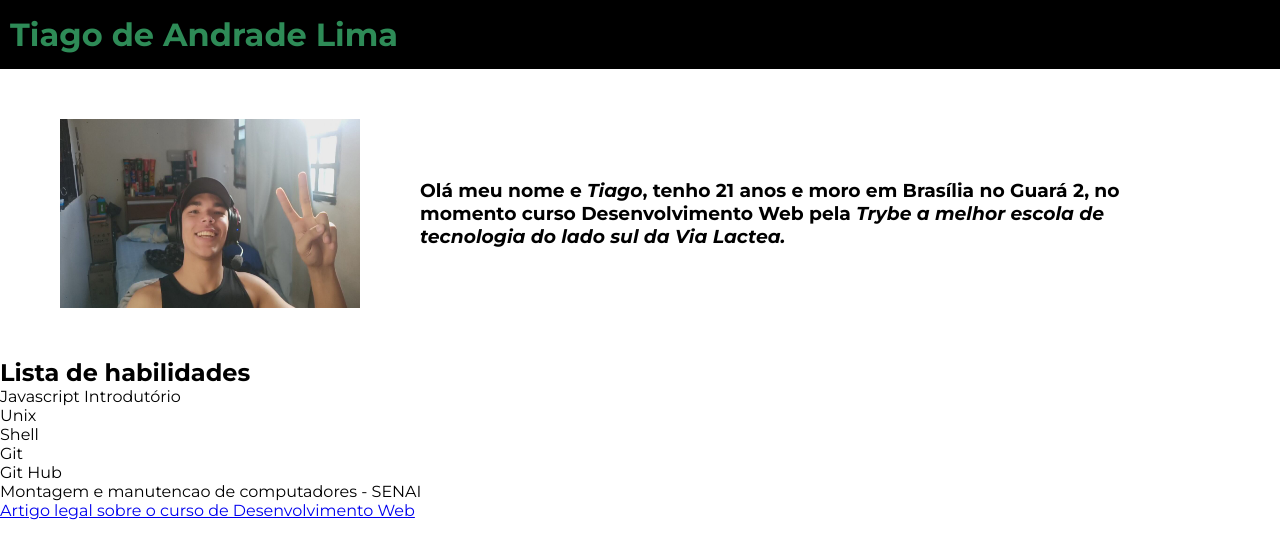
Repository: Batatiago/Batatiago.github.io
Page: index.html
These files come from the project's save history. The page is drawn as it stood at one moment and after the next save; the edit follows.
The browser window is 1280 px wide. The pictures show the whole page.

Above is the page before, as saved 2023-06-29 11:23:58.

### index.html
<!DOCTYPE html>
<html lang="pt-br">

<head>
  <meta charset="UTF-8">
  <title>Tiago de Andrade Lima</title>
  <link rel="preconnect" href="https://fonts.googleapis.com">
  <link rel="preconnect" href="https://fonts.gstatic.com" crossorigin>
  <link
    href="https://fonts.googleapis.com/css2?family=Montserrat:ital,wght@0,100;0,200;0,300;0,400;0,500;0,600;0,700;0,800;0,900;1,100;1,200;1,300;1,400;1,500;1,600;1,700;1,800;1,900&display=swap"
    rel="stylesheet">
  <link rel="stylesheet" href="style.css">
</head>

<body>
  <div class="header-container">
    <div class="header">
      <h1 class="meuNome"> Tiago de Andrade Lima</h1>
    </div>
  </div>
  <div class="resumo">
    <img id="foto" src="2023-06-23-160707.jpg" alt="Imagem de Tiago" width="300px">
    <h3 class="descricao">Olá meu nome e <strong><em>Tiago</em></strong>, tenho 21 anos e moro em Brasília no Guará 2, no
      momento curso Desenvolvimento
      Web pela <strong><em>Trybe a melhor escola de tecnologia do lado sul da Via Lactea.</em></strong></h3>
  </div>
  <div>
    <h2>Lista de habilidades</h2>
    <ul>
      <li class="javascript">Javascript Introdutório</li>
      <li class="unix">Unix</li>
      <li class="shell">Shell</li>
      <li class="git">Git</li>
      <li class="gitHub">Git Hub</li>
      <li>Montagem e manutencao de computadores - SENAI</li>
    </ul>
  </div>
  <a href="https://blog.betrybe.com/carreira/frontend/" target="_blank">Artigo legal sobre o curso de Desenvolvimento
    Web</a>
</body>

</html>

### style.css
* {
    margin: 0;
    padding: 0;
    border: 0;
}

body {
    font-family: 'Montserrat', sans-serif;
}

.header-container {
    background-color: black;
    color: seagreen;
}

.header {
    padding: 15px 10px;
    width: 40%;
    margin: auto;
    display: inline-flex;
}

header h1 {
    font-family: 'Times New Roman', Times, serif;
}

header h2 {
    font-size: smaller;
}

.resumo {
    display: inline-flex;
    margin: 50px 60px ;
}
.resumo h3 {
    padding: 60px;
}

After the next save:
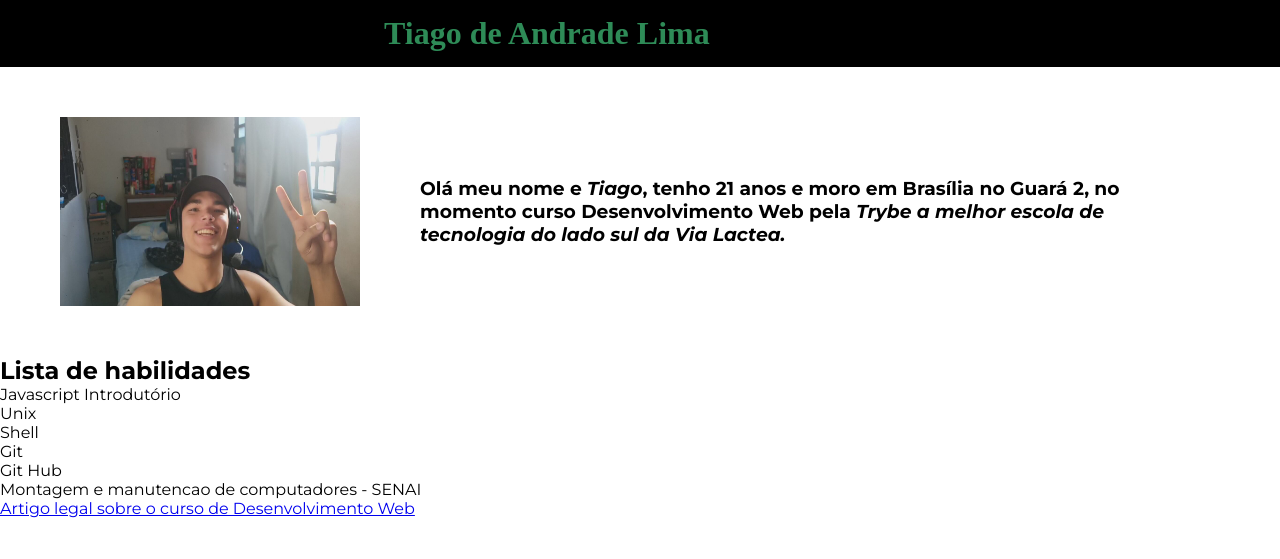
Saved 31 s later.
--- a/style.css
+++ b/style.css
@@ -17,21 +17,14 @@ body {
     padding: 15px 10px;
     width: 40%;
     margin: auto;
-    display: inline-flex;
-}
-
-header h1 {
     font-family: 'Times New Roman', Times, serif;
-}
-
-header h2 {
-    font-size: smaller;
 }
 
 .resumo {
     display: inline-flex;
-    margin: 50px 60px ;
+    margin: 50px 60px;
 }
+
 .resumo h3 {
     padding: 60px;
 }
